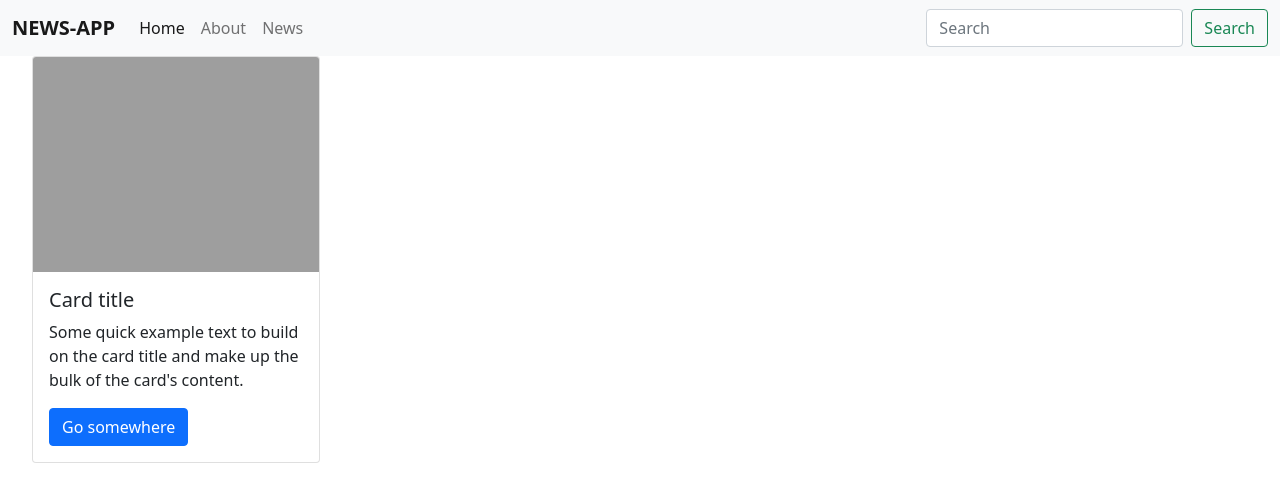
Repository: ashish9503/news_app
Page: /
These files come from the project's save history. The page is drawn as it stood at one moment and after the next save; the edit follows.
The browser window is 1280 px wide. The pictures show the whole page.
Pictures or frames that could not be fetched are drawn as grey boxes. The page's requests for data from a server got no answer. The project was rebuilt for these pictures with package versions that can differ from the ones it lists, and the page was loaded fresh each time. No one was signed in, and anything a server would have sent is missing.

Above is the page before, as saved 2024-03-09 21:48:38.

### public/index.html
<!DOCTYPE html>
<html lang="en">
  <head>
    <meta charset="utf-8" />
    <link rel="icon" href="%PUBLIC_URL%/favicon.ico" />
    <meta name="viewport" content="width=device-width, initial-scale=1" />
    <meta name="theme-color" content="#000000" />
    <meta
      name="description"
      content="Web site created using create-react-app"
    />
    <link rel="apple-touch-icon" href="%PUBLIC_URL%/logo192.png" />
    <link href="https://cdn.jsdelivr.net/npm/bootstrap@5.0.2/dist/css/bootstrap.min.css" rel="stylesheet" integrity="sha384-EVSTQN3/azprG1Anm3QDgpJLIm9Nao0Yz1ztcQTwFspd3yD65VohhpuuCOmLASjC" crossorigin="anonymous">

    <!--
      manifest.json provides metadata used when your web app is installed on a
      user's mobile device or desktop. See https://developers.google.com/web/fundamentals/web-app-manifest/
    -->
    <link rel="manifest" href="%PUBLIC_URL%/manifest.json" />
    <!--
      Notice the use of %PUBLIC_URL% in the tags above.
      It will be replaced with the URL of the `public` folder during the build.
      Only files inside the `public` folder can be referenced from the HTML.

      Unlike "/favicon.ico" or "favicon.ico", "%PUBLIC_URL%/favicon.ico" will
      work correctly both with client-side routing and a non-root public URL.
      Learn how to configure a non-root public URL by running `npm run build`.
    -->
    <title>React App</title>
  </head>
  <body>
    <noscript>You need to enable JavaScript to run this app.</noscript>
    <div id="root"></div>
    <!--
      This HTML file is a template.
      If you open it directly in the browser, you will see an empty page.

      You can add webfonts, meta tags, or analytics to this file.
      The build step will place the bundled scripts into the <body> tag.

      To begin the development, run `npm start` or `yarn start`.
      To create a production bundle, use `npm run build` or `yarn build`.
    -->
    <script src="https://cdn.jsdelivr.net/npm/bootstrap@5.0.2/dist/js/bootstrap.bundle.min.js" integrity="sha384-MrcW6ZMFYlzcLA8Nl+NtUVF0sA7MsXsP1UyJoMp4YLEuNSfAP+JcXn/tWtIaxVXM" crossorigin="anonymous"></script>

  </body>
</html>

### src/index.js
import React from 'react';
import ReactDOM from 'react-dom/client';
import App from './App';;


const root = ReactDOM.createRoot(document.getElementById('root'));
root.render(
  <React.StrictMode>
    <App />
  </React.StrictMode>
);
// reportWebVitals();

### src/App.js
import React from 'react'
import Navbar from './component/navbar/Navbar'
import News from './component/news'

const App = () => {
  return (
    <div>
    <Navbar/>
    <News/>

    </div>
  )
}

export default App

### src/component/navbar/Navbar.js
import React from 'react'

const Navbar = () => {
  return (
    <div>
      <nav className="navbar navbar-expand-lg navbar-light bg-light">
  <div className="container-fluid">
    <a className="navbar-brand" href="#"><b>NEWS-APP</b></a>
    <button className="navbar-toggler" type="button" data-bs-toggle="collapse" data-bs-target="#navbarSupportedContent" aria-controls="navbarSupportedContent" aria-expanded="false" aria-label="Toggle navigation">
      <span className="navbar-toggler-icon"></span>
    </button>
    <div className="collapse navbar-collapse" id="navbarSupportedContent">
      <ul className="navbar-nav me-auto mb-2 mb-lg-0">
        <li className="nav-item">
          <a className="nav-link active" aria-current="page" href="#">Home</a>
        </li>
        <li className="nav-item">
          <a className="nav-link" href="#">About</a>
        </li>
        <li className="nav-item">
          <a className="nav-link" href="#">News</a>
        </li>


      </ul>
      <form className="d-flex">
        <input className="form-control me-2" type="search" placeholder="Search" aria-label="Search"/>
        <button className="btn btn-outline-success" type="submit">Search</button>
      </form>
    </div>
  </div>
</nav>
    </div>
  )
}

export default Navbar

### src/component/news.js
import React, { useEffect, useState } from 'react'

const News = () => {
    const [lnews , setnews] = useState([]);
    const fetchData = async() =>{
        let resonse= await fetch( "https://newsapi.org/v2/top-headlines?country=us&apiKey=c147315bcfe54a3cbbda7f1c80227f43")
        let data = await resonse.json();
        setnews(data.articles)
    console.log(resonse.status)
    console.log(resonse.body)
    console.log(data)
    console.log(data.articles)
    console.log(data.totalResults)





    }
    useEffect(() => {
        fetchData();

    },[])
  return (
    <>
    <ul>
    {lnews.map( (e) => {
      return <li>{e.author}</li>
    }) }
    <>
                <div class="card" style={{width: "18rem"}}>
                <img src="..." class="card-img-top" alt="..."/>
                <div class="card-body">
                  <h5 class="card-title">Card title</h5>
                  <p class="card-text">Some quick example text to build on the card title and make up the bulk of the card's content.</p>
                  <a href="#" class="btn btn-primary">Go somewhere</a>
                </div>
              </div>
                </>
    </ul>
    {/* {lnews.length} */}
    </>


    //  {

        // lnews.map((ele) =>{
        // console.log(ele)
        //     return(

        //     )

        // })
    //  }


  )
}

export default News

After the next save:
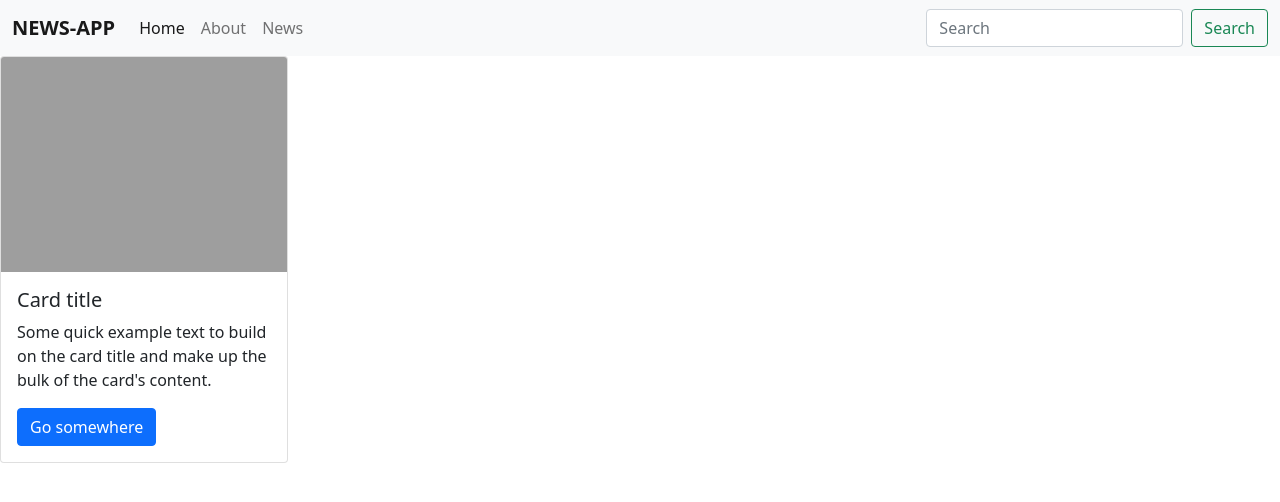
Saved 26 s later.
--- a/src/component/news.js
+++ b/src/component/news.js
@@ -23,10 +23,10 @@
     },[])
   return (
     <>
-    <ul>
-    {lnews.map( (e) => {
+    {/* <ul> */}
+    {/* {lnews.map( (e) => {
       return <li>{e.author}</li>
-    }) }
+    }) } */}
     <>
                 <div class="card" style={{width: "18rem"}}>
                 <img src="..." class="card-img-top" alt="..."/>
@@ -37,7 +37,7 @@
                 </div>
               </div>
                 </>
-    </ul>
+    {/* </ul> */}
     {/* {lnews.length} */}
     </>
 
